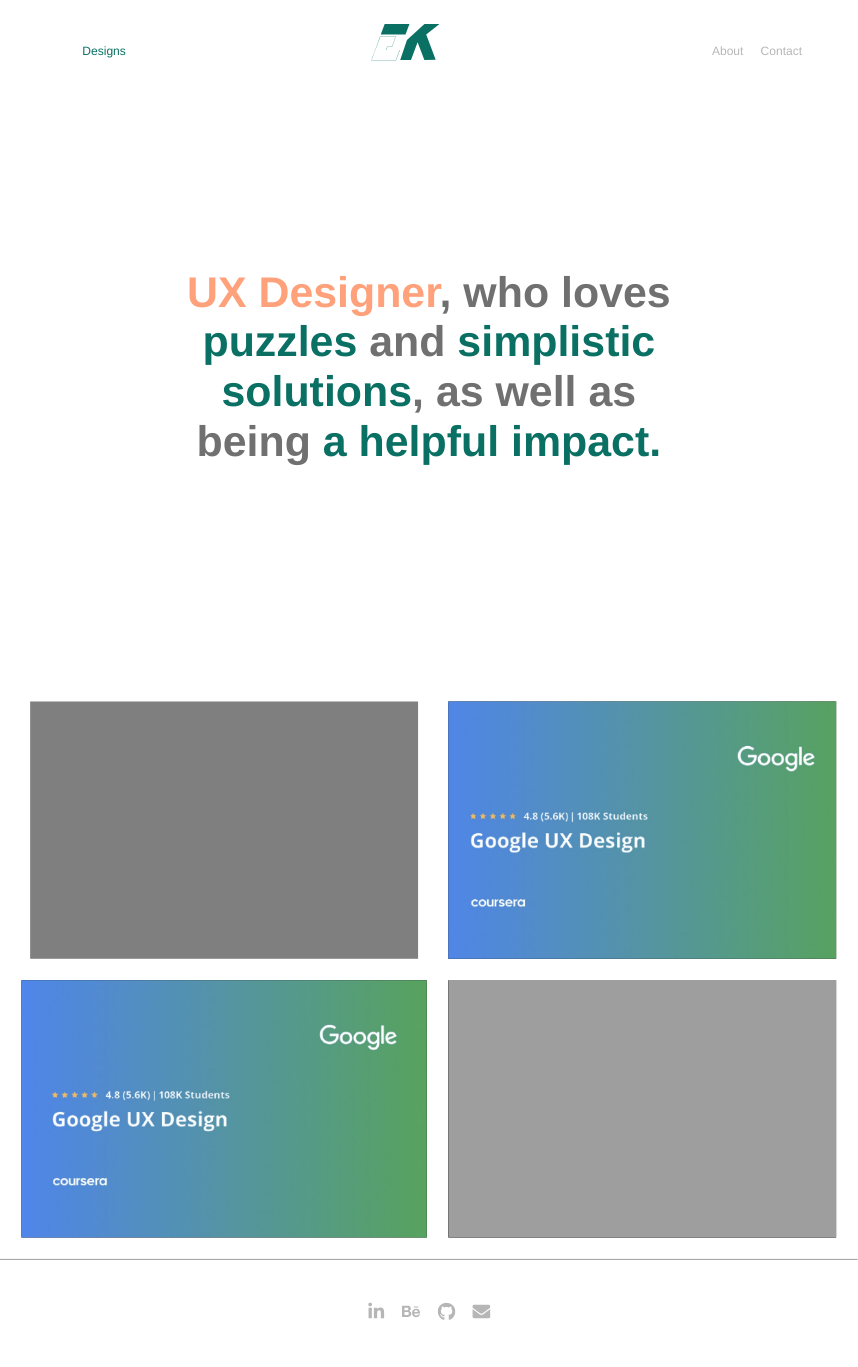
Repository: Kudom-E/Kudom-E.github.io
Page: /#/designs
The author's editor kept a copy of each file at every save. The page is drawn from the files as they stood at one save, then again after the next save.
The browser window is 1280 px wide. The pictures show the whole page, at 67% of full size.
Pictures or frames that could not be fetched are drawn as grey boxes. The project was rebuilt for these pictures with package versions that can differ from the ones it lists, and the page was loaded fresh each time. Also part of the build but not shown: next.config.js, src/Pages/Splash/Splash.js, src/Pages/About/About.js, src/Pages/Contact/Contact.js, src/Pages/Project/Project.js, src/App.css.

Above is the page before, as saved 2022-03-31 22:05:38.

After the next save:
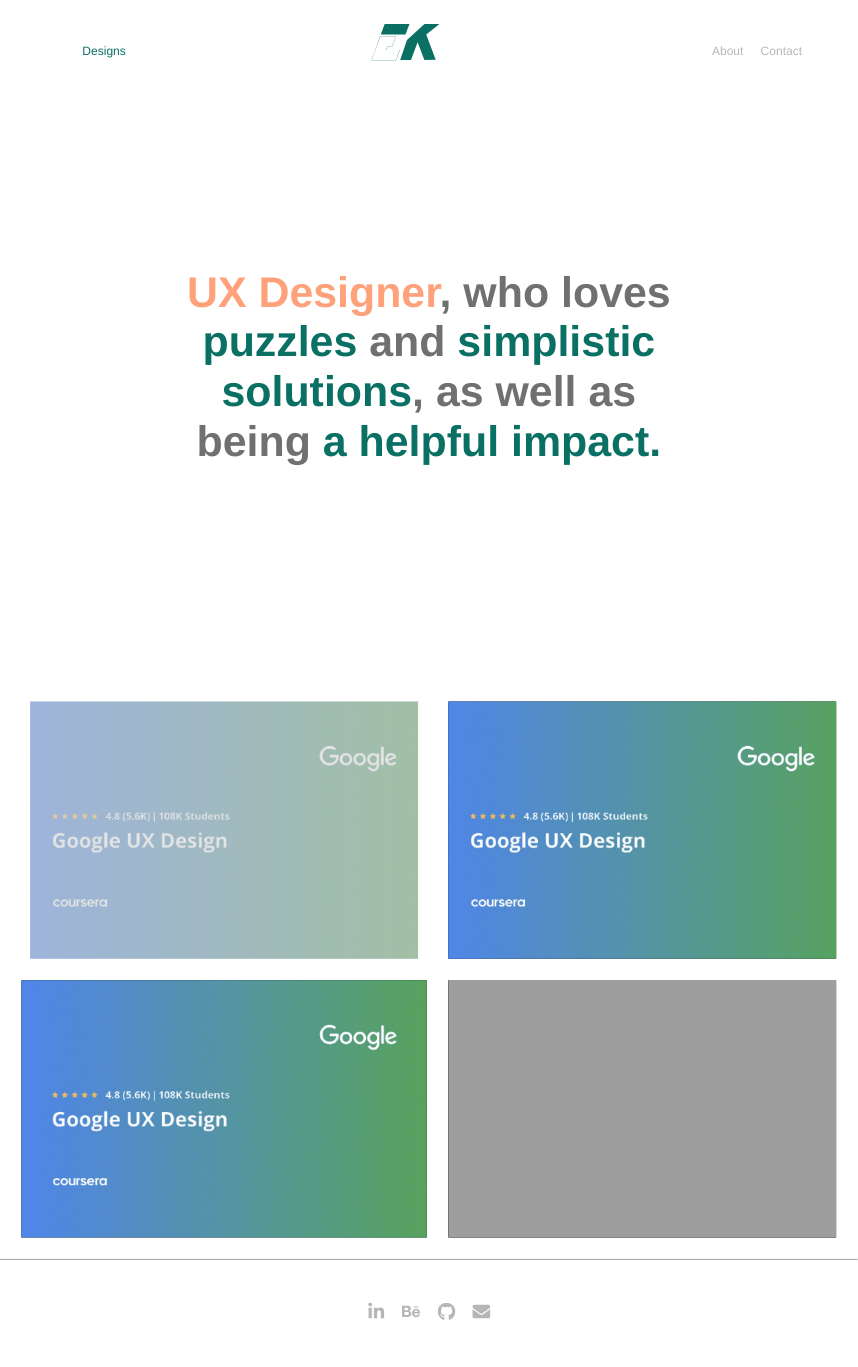
Saved 68 s later.
--- a/src/Pages/Pages.css
+++ b/src/Pages/Pages.css
@@ -100,7 +100,7 @@
     background-color: #000000;
 }
 .c-back {
-    opacity: 1;
+    opacity: .2;
 }
 .coursera {
     background-image: url("../Images/coursera.png");
